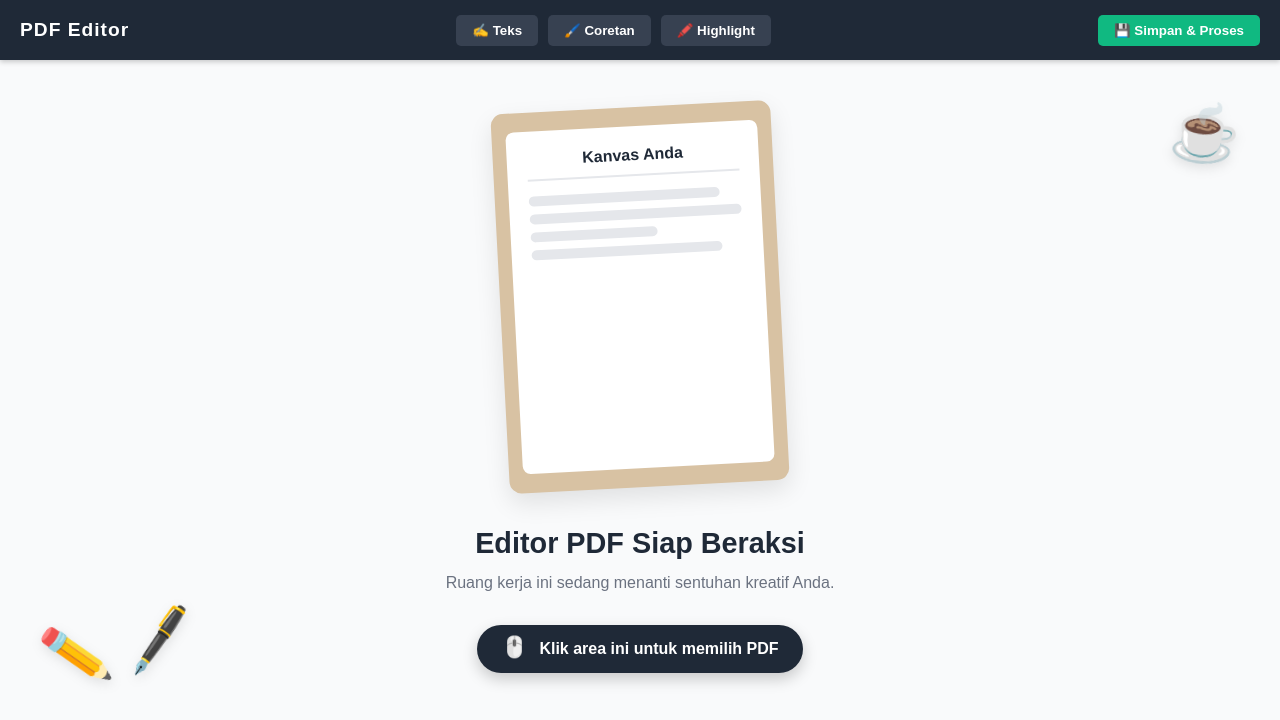
Repository: IkhsanMoekhtar/pdf_editor
Page: /
These files come from the project's save history. The page is drawn as it stood at one moment and after a run of saves; the edit follows.
The browser window is 1280 px wide. The pictures show the whole page.
The project was rebuilt for these pictures with package versions that can differ from the ones it lists, and the page was loaded fresh each time. Also part of the build but not shown: vite.config.js.

Above is the page before, as saved 2026-03-18 04:55:52.

### index.html
<!doctype html>
<html lang="en">
  <head>
    <meta charset="UTF-8" />
    <link rel="icon" type="image/svg+xml" href="/favicon.svg" />
    <meta name="viewport" content="width=device-width, initial-scale=1.0" />
    <title>frontend-pdf</title>
  </head>
  <body>
    <div id="root"></div>
    <script type="module" src="/src/main.jsx"></script>
  </body>
</html>

### src/index.css
/* --- CSS RESET GLOBAL --- */

/* Tanda bintang (*) artinya menerapkan aturan ini ke SEMUA elemen di website */
* {
  margin: 0;
  padding: 0;
  box-sizing: border-box; /* Memastikan padding tidak menambah lebar elemen */
}

/* Memaksa elemen dasar website untuk mengambil 100% layar tanpa sisa */
html, body, #root {
  width: 100%;
  height: 100%;
  background-color: #f3f4f6; /* Warna latar belakang aplikasi kita */
}

/* Menghilangkan font default yang kaku */
body {
  font-family: Inter, system-ui, Avenir, Helvetica, Arial, sans-serif;
  -webkit-font-smoothing: antialiased;
}

### src/App.jsx
import React, { useState, useRef } from 'react';
import './App.css';

function App() {
  const [pdfFile, setPdfFile] = useState(null);
  const [activeTool, setActiveTool] = useState(null);

  // Membuat referensi untuk elemen input file yang disembunyikan
  const fileInputRef = useRef(null);

  const handleFileUpload = (event) => {
    const file = event.target.files[0];
    if (file && file.type === 'application/pdf') {
      const fileUrl = URL.createObjectURL(file);
      setPdfFile(fileUrl);
    } else {
      alert("Mohon unggah file dengan format PDF.");
    }
  };

  const handleToolClick = (toolName) => {
    setActiveTool(toolName);
    if (toolName === 'save') {
      alert("Mempersiapkan data untuk dikirim ke backend Golang!");
      setActiveTool(null);
    }
  };

  // Fungsi yang dijalankan saat area kosong diklik
  const triggerUpload = () => {
    fileInputRef.current.click(); // Memicu klik pada input file yang asli
  };

  return (
    <div className="app-container">

      {/* --- TOPBAR: Menu Editing Utama --- */}
      <header className="topbar">
        <div className="brand">
          <strong>PDF Editor</strong>
        </div>

        <div className="tools-group">
          <button className={`tool-btn ${activeTool === 'text' ? 'active' : ''}`} onClick={() => handleToolClick('text')}>
            ✍️ Teks
          </button>
          <button className={`tool-btn ${activeTool === 'draw' ? 'active' : ''}`} onClick={() => handleToolClick('draw')}>
            🖌️ Coretan
          </button>
          <button className={`tool-btn ${activeTool === 'highlight' ? 'active' : ''}`} onClick={() => handleToolClick('highlight')}>
            🖍️ Highlight
          </button>
        </div>

        <button className="tool-btn save-btn" onClick={() => handleToolClick('save')}>
          💾 Simpan & Proses
        </button>
      </header>

      {/* --- AREA KERJA UTAMA --- */}
      <main className="workspace">
        <div className="viewer-container">
          {pdfFile ? (
            <iframe
              src={pdfFile}
              width="100%"
              height="100%"
              title="PDF Viewer"
              style={{ border: 'none' }}
            />
          ) : (
            // --- AREA KOSONG (KLIK UNTUK UPLOAD) ---
            // Tambahkan event onClick ke kontainer utama
            <div className="empty-state desktop-scene" onClick={triggerUpload}>

              {/* INPUT FILE TERSEMBUNYI */}
              <input
                type="file"
                accept="application/pdf"
                style={{ display: 'none' }}
                ref={fileInputRef}
                onChange={handleFileUpload}
              />

              {/* Dekorasi Papan Klip */}
              <div className="clipboard">
                <div className="clipboard-paper">
                  <div className="clipboard-header">Kanvas Anda</div>
                  <div className="clipboard-content">
                    <div className="empty-line large"></div>
                    <div className="empty-line"></div>
                    <div className="empty-line medium"></div>
                    <div className="empty-line large"></div>
                  </div>
                </div>
              </div>

              {/* Dekorasi Meja */}
              <div className="desk-item coffee-cup">☕️</div>
              <div className="desk-item pens">✏️ 🖋️</div>

              {/* Pesan */}
              <div className="message-container">
                <h3>Editor PDF Siap Beraksi</h3>
                <p>Ruang kerja ini sedang menanti sentuhan kreatif Anda.</p>
              </div>

              {/* Petunjuk Memulai */}
              <div className="start-hint-pil">
                <span className="bouncy-arrow">🖱️</span> Klik area ini untuk memilih PDF
              </div>
            </div>
          )}
        </div>
      </main>
    </div>
  );
}

export default App;

### src/App.css
/* --- TATA LETAK UTAMA --- */
.app-container {
  display: flex;
  flex-direction: column;
  height: 100vh;
  font-family: sans-serif;
  background-color: #e5e7eb;
}

/* --- TOPBAR --- */
.topbar {
  display: flex;
  justify-content: space-between;
  align-items: center;
  background-color: #1f2937;
  color: white;
  padding: 10px 20px;
  height: 60px;
  box-shadow: 0 2px 5px rgba(0,0,0,0.2);
  z-index: 10;
}

.brand { font-size: 1.2rem; letter-spacing: 1px; }
.tools-group { display: flex; gap: 10px; }

.tool-btn {
  padding: 8px 16px;
  background-color: #374151;
  color: white;
  border: none;
  border-radius: 5px;
  cursor: pointer;
  font-weight: bold;
  transition: all 0.2s;
}

.tool-btn:hover { background-color: #4b5563; }
.tool-btn.active { background-color: #3b82f6; }
.save-btn { background-color: #10b981; }
.save-btn:hover { background-color: #059669; }

/* --- AREA KERJA UTAMA --- */
.workspace {
  flex: 1;
  display: flex;
  position: relative;
  overflow: hidden;
}

.viewer-container {
  width: 100%;
  height: 100%;
  background-color: #d1d5db;
  display: flex;
  justify-content: center;
  align-items: center;
}

/* --- DESAIN AREA KOSONG (KLIK UNTUK UPLOAD) --- */
.empty-state.desktop-scene {
  display: flex;
  flex-direction: column;
  align-items: center;
  justify-content: center;
  height: 100%;
  width: 100%;
  background-color: #f9fafb;
  position: relative;
  padding: 40px;
  overflow: hidden;
  cursor: pointer; /* Mengubah kursor menjadi tangan (menandakan bisa diklik) */
  transition: background-color 0.3s ease;
}

/* Sedikit penggelapan latar belakang saat area disorot mouse */
.empty-state.desktop-scene:hover {
  background-color: #707070;
}

.clipboard {
  width: 280px; height: 380px;
  background-color: #d8c2a3;
  border-radius: 12px;
  box-shadow: 0 10px 25px rgba(0,0,0,0.1);
  transform: rotate(-3deg);
  position: relative;
  display: flex; align-items: center; justify-content: center;
  margin-bottom: 40px;
  transition: transform 0.3s ease;
}

.empty-state.desktop-scene:hover .clipboard {
  transform: rotate(0deg) scale(1.03);
}

.clipboard-paper {
  width: 90%; height: 90%; background-color: #ffffff;
  border-radius: 8px; padding: 20px;
  display: flex; flex-direction: column; gap: 15px;
}

.clipboard-header {
  font-weight: bold; color: #1f2937;
  border-bottom: 2px solid #e5e7eb; padding-bottom: 10px; text-align: center;
}

.clipboard-content { flex: 1; display: flex; flex-direction: column; gap: 8px; }
.empty-line { height: 10px; background-color: #e5e7eb; border-radius: 5px; }
.empty-line.large { width: 90%; }
.empty-line.medium { width: 60%; }

.desk-item { position: absolute; font-size: 3.5rem; filter: drop-shadow(0 4px 6px rgba(0,0,0,0.1)); }
.coffee-cup { top: 40px; right: 40px; transform: rotate(5deg); }
.pens { bottom: 40px; left: 40px; display: flex; gap: 10px; transform: rotate(-10deg); }

.message-container { text-align: center; max-width: 500px; margin-bottom: 30px; }
.message-container h3 { font-size: 1.8rem; color: #1f2937; font-weight: 700; margin-bottom: 10px; }
.message-container p { color: #6b7280; line-height: 1.6; }

.start-hint-pil {
  display: flex; align-items: center; gap: 12px;
  background-color: #1f2937; color: #ffffff;
  padding: 12px 24px; border-radius: 999px;
  font-weight: bold; box-shadow: 0 6px 15px rgba(0,0,0,0.2);
  transition: all 0.2s;
}

.empty-state.desktop-scene:hover .start-hint-pil {
  background-color: #3b82f6; /* Berubah menjadi biru saat disorot */
  transform: translateY(-2px);
}

/* Animasi Ikon Mouse bergerak naik turun */
.bouncy-arrow {
  display: inline-block;
  font-size: 1.3rem;
  animation: bounce-vertical-hint 1.5s infinite;
}

@keyframes bounce-vertical-hint {
  0%, 100% { transform: translateY(0); }
  50% { transform: translateY(-5px); }
}

Loaded but not shown: src/main.jsx (common file)

After the next 2 saves:
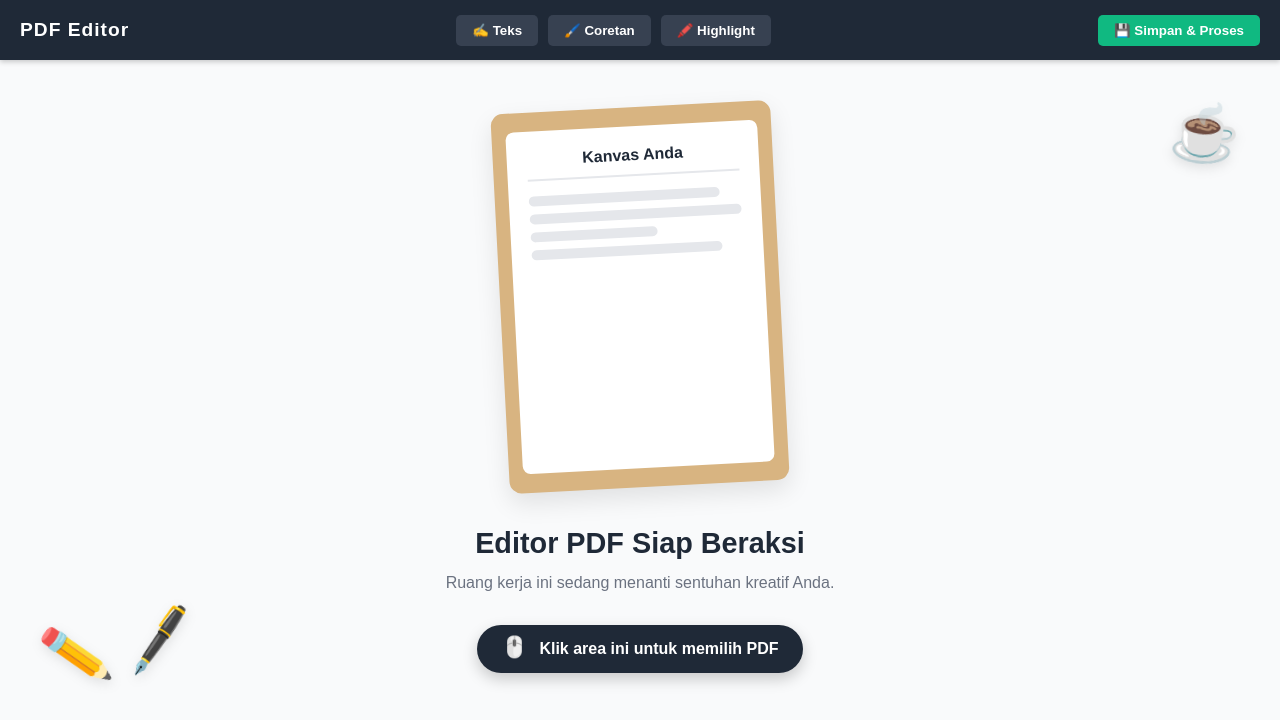
The 2 saves are shown as one change because they came seconds apart.
The last was saved 27 s later.
--- a/src/App.css
+++ b/src/App.css
@@ -74,12 +74,12 @@
 
 /* Sedikit penggelapan latar belakang saat area disorot mouse */
 .empty-state.desktop-scene:hover {
-  background-color: #707070;
+  background-color: #9da070;
 }
 
 .clipboard {
   width: 280px; height: 380px;
-  background-color: #d8c2a3;
+  background-color: #d8b481;
   border-radius: 12px;
   box-shadow: 0 10px 25px rgba(0,0,0,0.1);
   transform: rotate(-3deg);
